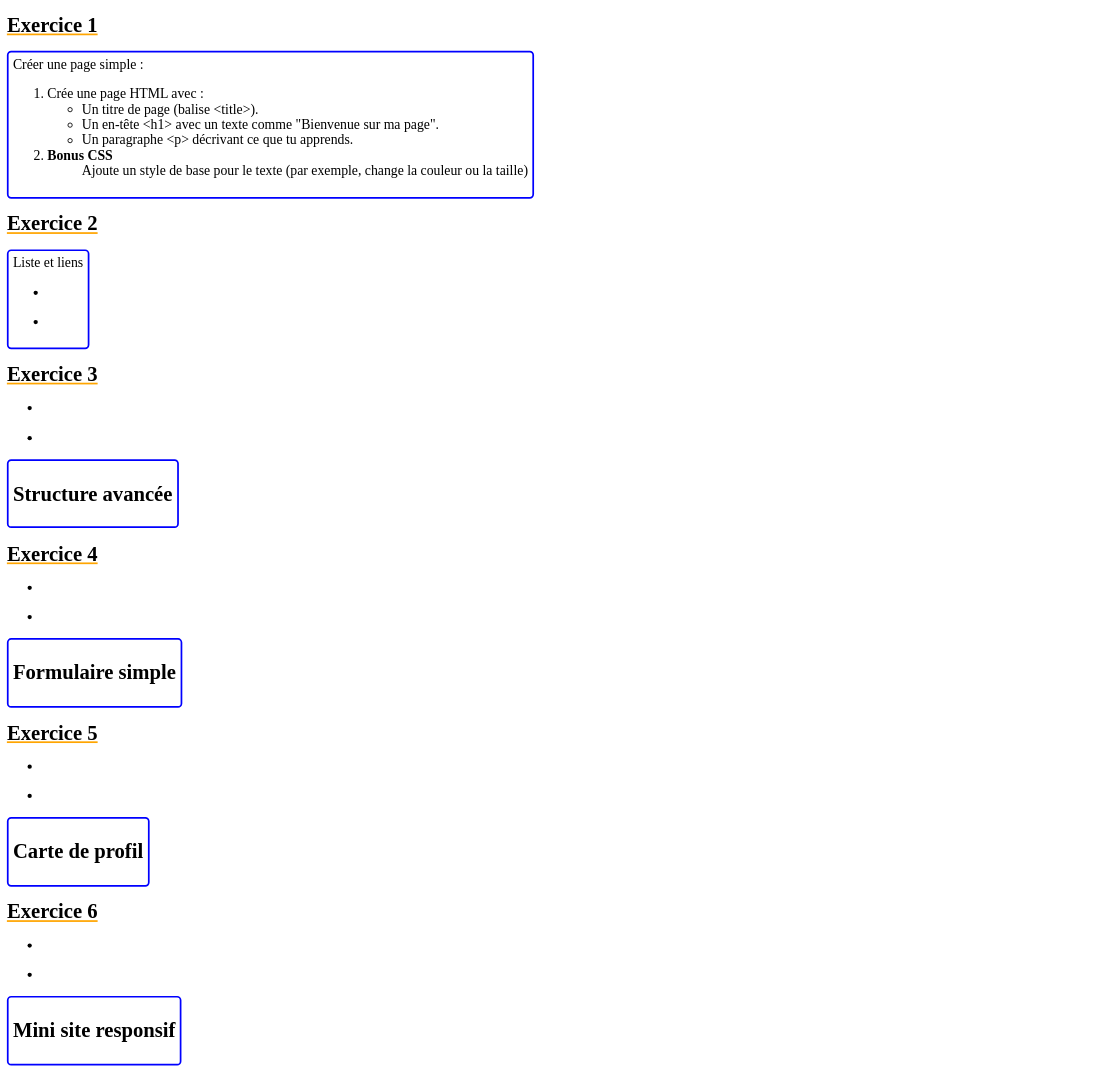
Repository: AnnaSpirit/Mimo_App
Page: Exercices_HTML&CSS.html
The author's editor kept a copy of each file at every save. The page is drawn from the files as they stood at one save, then again after the next save.
The browser window is 1280 px wide. The pictures show the whole page, at 86% of full size.

Above is the page before, as saved 2024-12-05 17:02:20.

After the next save:
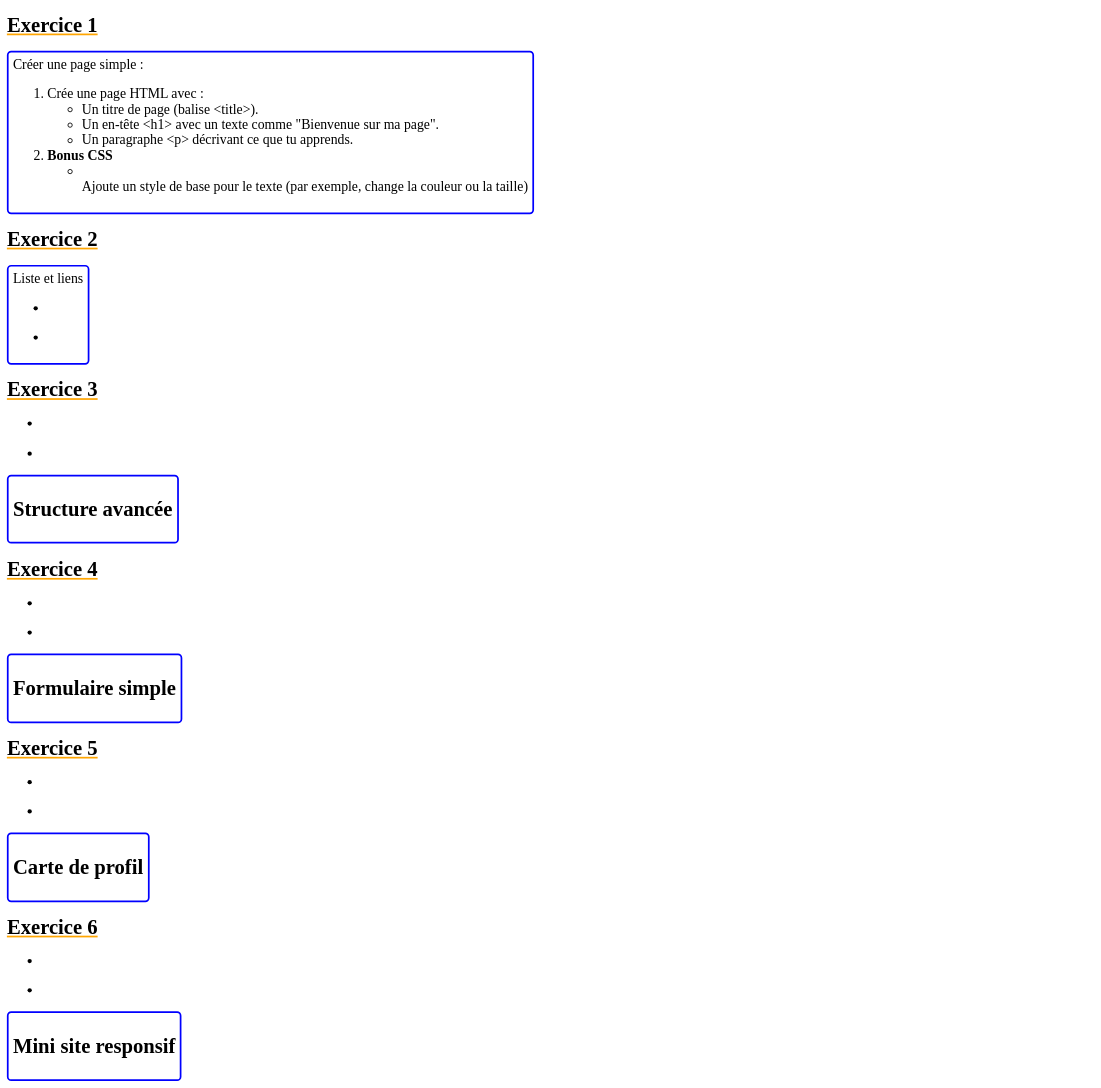
Saved 7 s later.
--- a/Exercices_HTML&CSS.html
+++ b/Exercices_HTML&CSS.html
@@ -19,7 +19,7 @@
                 </ul>
             </li>
             <li><b>Bonus CSS</b>
-                <ul>Ajoute un style de base pour le texte (par exemple, change la couleur ou la taille)</li>
+                <ul><li></li>Ajoute un style de base pour le texte (par exemple, change la couleur ou la taille)</li>
         </ol>
     </span>
 </div>

After the 2 saves that followed:
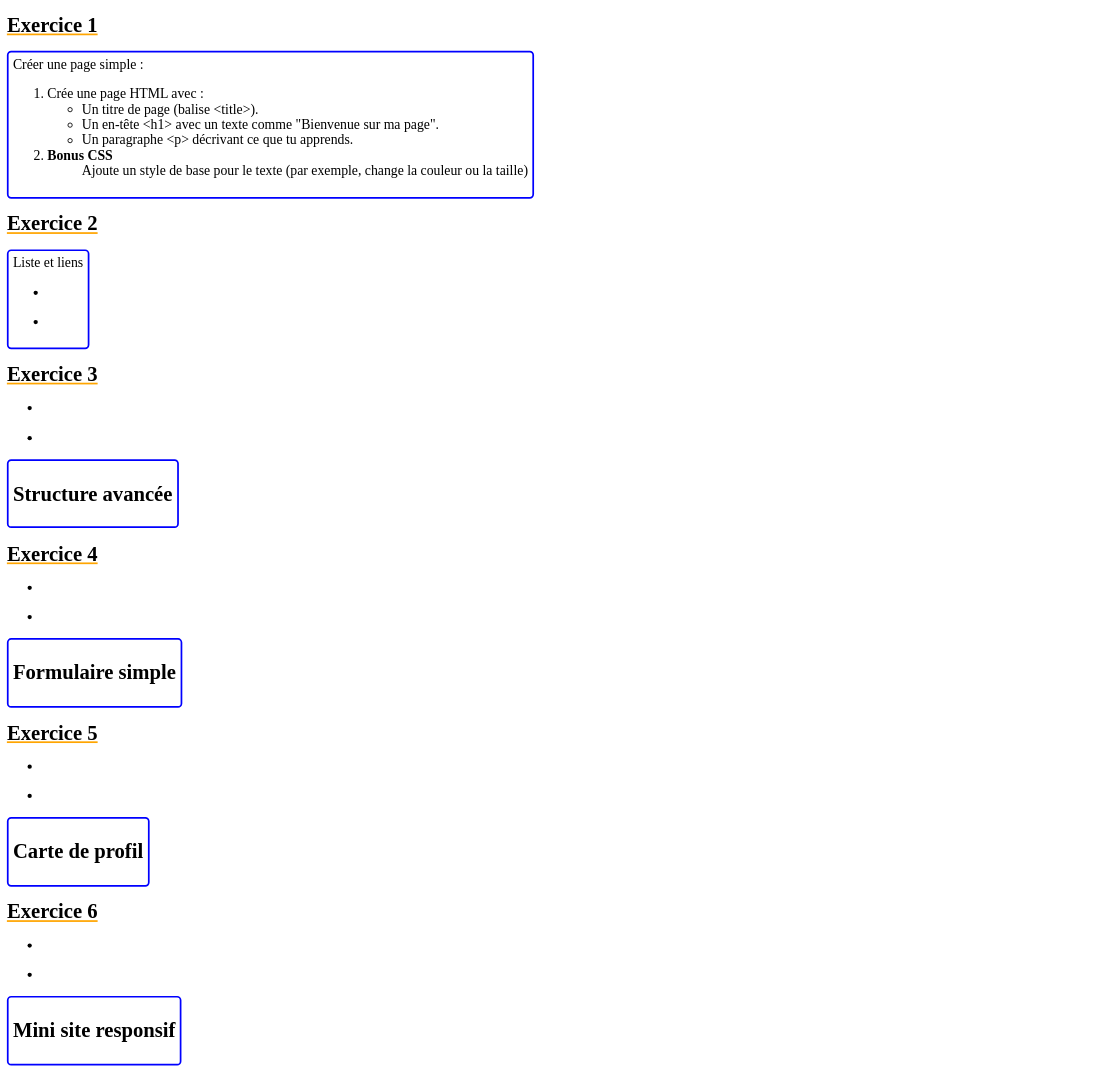
The 2 saves are shown as one change because they came seconds apart.
The last was saved 14 s later.
--- a/Exercices_HTML&CSS.html
+++ b/Exercices_HTML&CSS.html
@@ -19,7 +19,8 @@
                 </ul>
             </li>
             <li><b>Bonus CSS</b>
-                <ul><li></li>Ajoute un style de base pour le texte (par exemple, change la couleur ou la taille)</li>
+                <ul>Ajoute un style de base pour le texte (par exemple, change la couleur ou la taille)</li>
+
         </ol>
     </span>
 </div>
